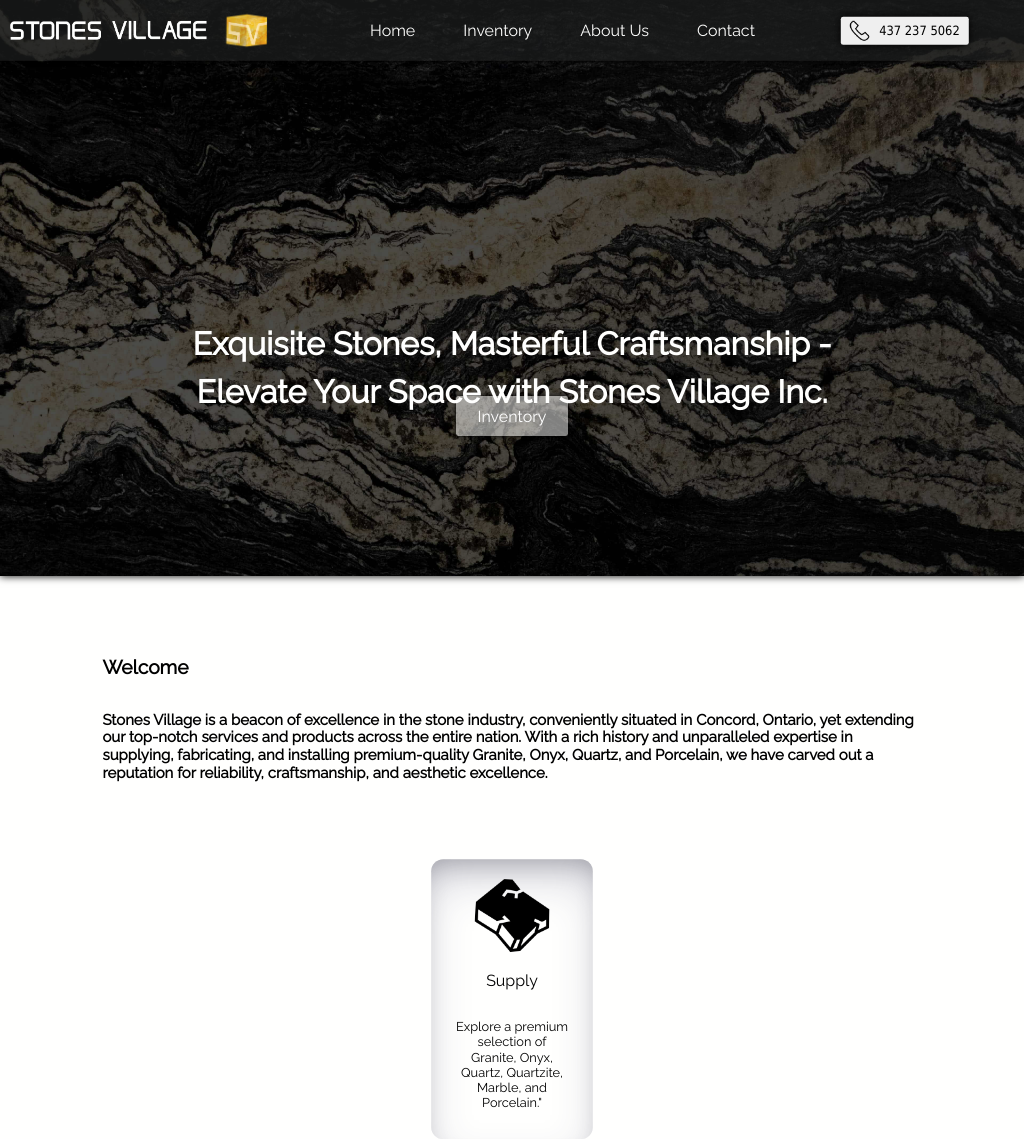
Repository: shayanabedi98/Stones-Village
Page: index.html
These files come from the project's save history. The page is drawn as it stood at one moment and after the next save; the edit follows.
The browser window is 1280 px wide. The pictures show the whole page, at 80% of full size.
Backgrounds fixed to the window are drawn as part of the page.

Above is the page before, as saved 2023-10-22 16:42:44.

After the next save:
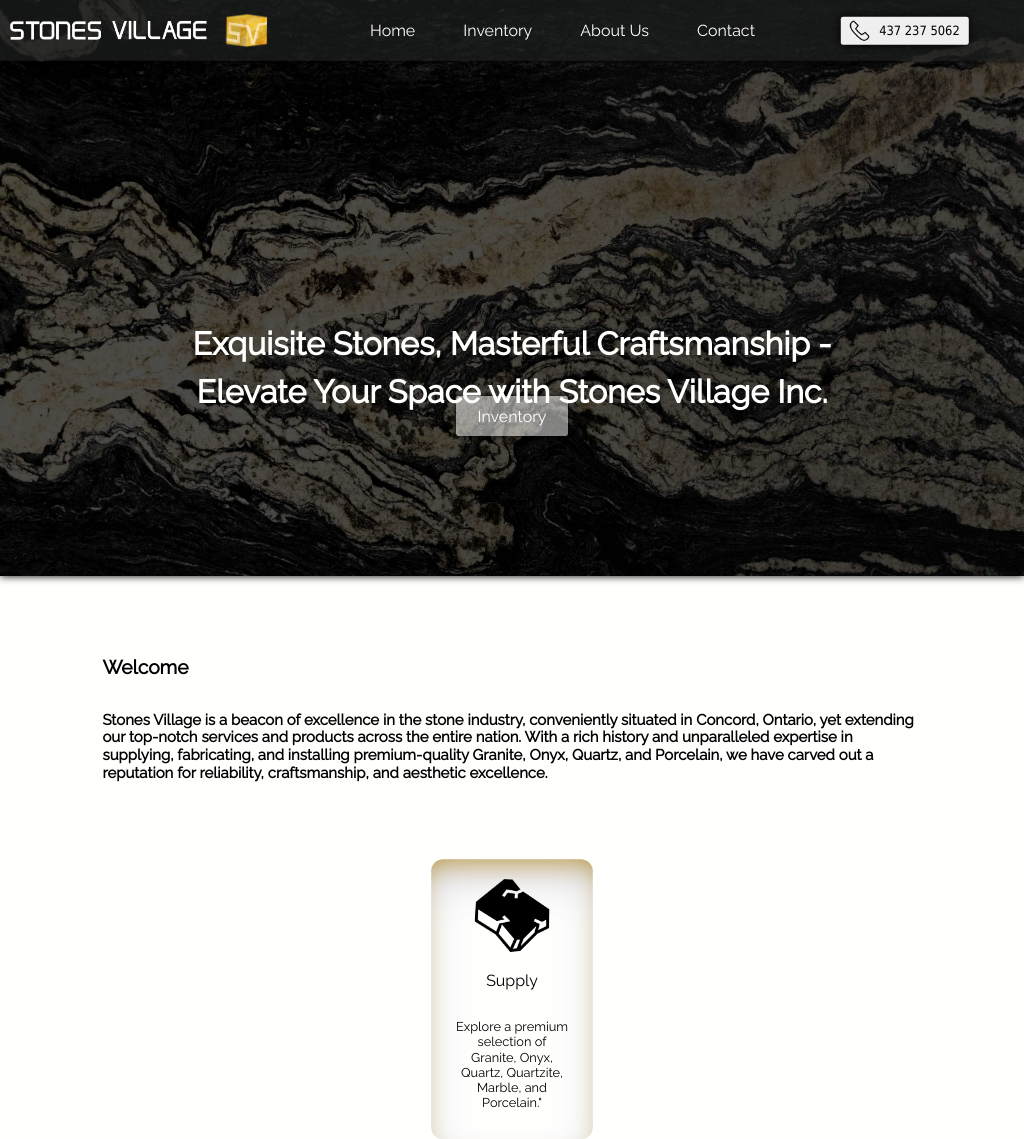
Saved 75 s later.
--- a/styles.css
+++ b/styles.css
@@ -173,7 +173,7 @@ body {
     display: grid;
     justify-items: center;
     border-radius: 15px;
-    box-shadow: rgba(50, 50, 93, 0.25) 0px 30px 60px -12px inset, rgba(0, 0, 0, 0.3) 0px 18px 36px -18px inset;
+    box-shadow: rgba(50, 50, 93, 0.25) 0px 30px 60px -12px inset, #DEAB27 0px 18px 36px -18px inset;
     padding: 20px 5px;
 }
 
